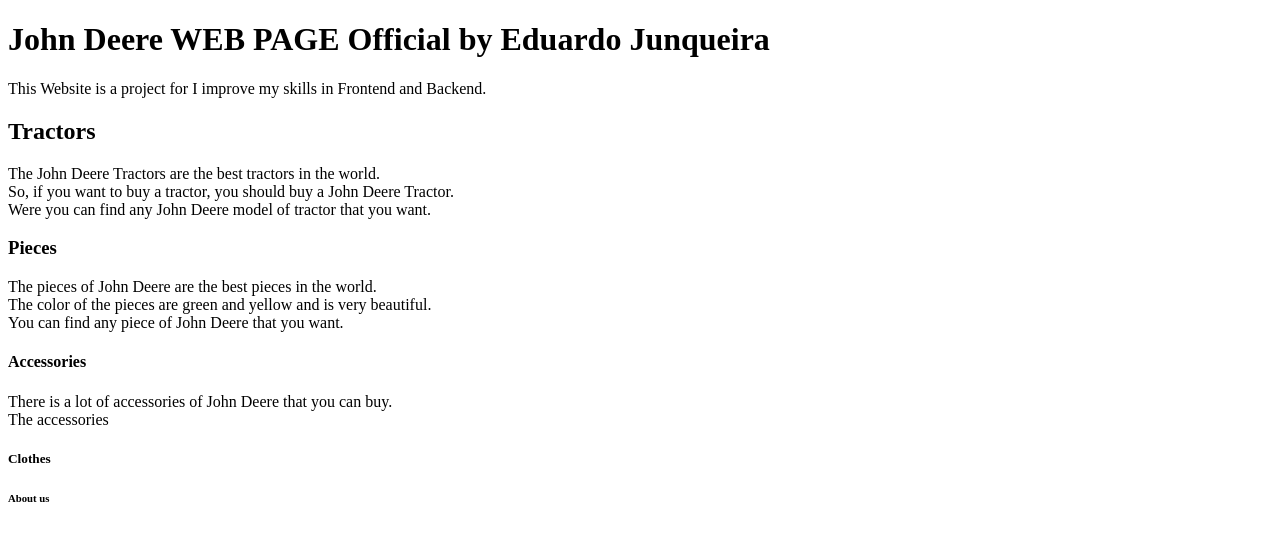
Repository: EduardoJunqueira2004/WEBJohnDeere
Page: index.html
These files come from the project's save history. The page is drawn as it stood at one moment and after a run of saves; the edit follows.
The browser window is 1280 px wide. The pictures show the whole page.

Above is the page before, as saved 2024-12-05 11:02:00.

### index.html
<!DOCTYPE html>
<html lang="en">
<head>
    <meta charset="UTF-8">
    <meta name="viewport" content="width=device-width, initial-scale=1.0">
    <title>Index.html</title>
</head>
<body>
    <!--heder1-->
    <h1>John Deere WEB PAGE Official by Eduardo Junqueira</h1>
    <p>
        This Website is a project for I improve my skills in Frontend and Backend.
    </p>
    <!--heder2-->
    <h2>Tractors</h2>
    <p>
        The John Deere Tractors are the best tractors in the world.<br>
        So, if you want to buy a tractor, you should buy a John Deere Tractor.<br>
        Were you can find any John Deere  model of tractor that you want.
    </p>
    <!--heder3-->
    <h3>Pieces</h3>
    <p>
        The pieces of John Deere are the best pieces in the world.<br>
        The color of the pieces are green and yellow and is very beautiful.<br>
        You can find any piece of John Deere that you want.
    </p>
    <!--heder4-->
    <h4>Accessories</h4>
    <p>
        There is a lot of accessories of John Deere that you can buy.<br>
        The accessories
    </p>
    <!--heder5-->
    <h5>Clothes</h5>
    <!--heder6-->
    <h6>About us</h6>

</body>
</html>

After the next 3 saves:
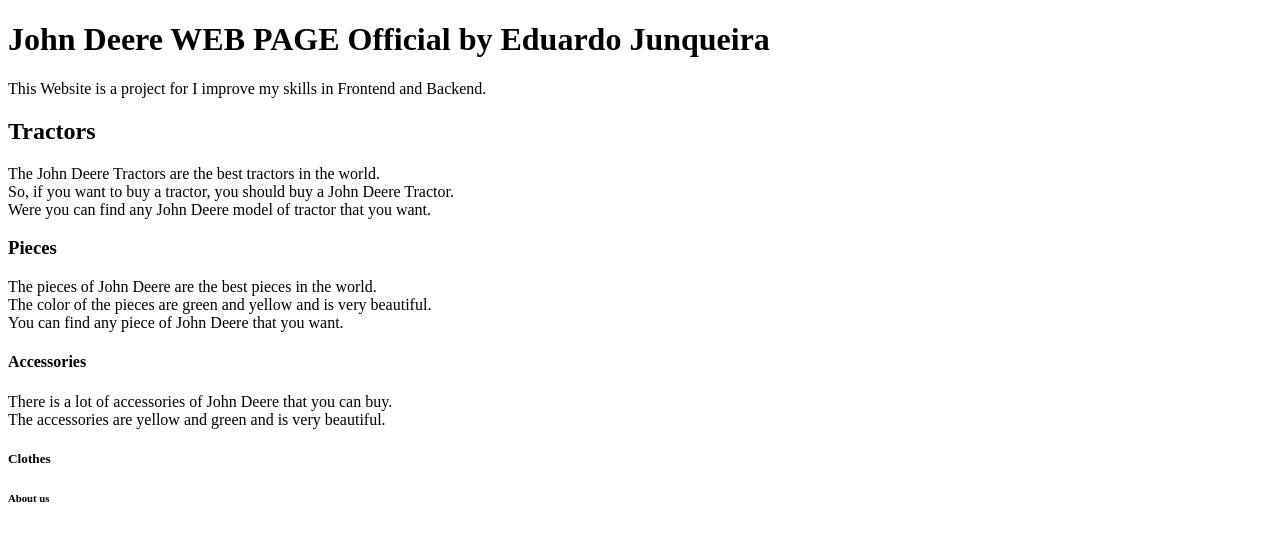
The 3 saves are shown as one change because they came seconds apart.
The last was saved 6 s later.
--- a/index.html
+++ b/index.html
@@ -29,7 +29,7 @@
     <h4>Accessories</h4>
     <p>
         There is a lot of accessories of John Deere that you can buy.<br>
-        The accessories
+        The accessories are yellow and green and is very beautiful.<br>
     </p>
     <!--heder5-->
     <h5>Clothes</h5>
